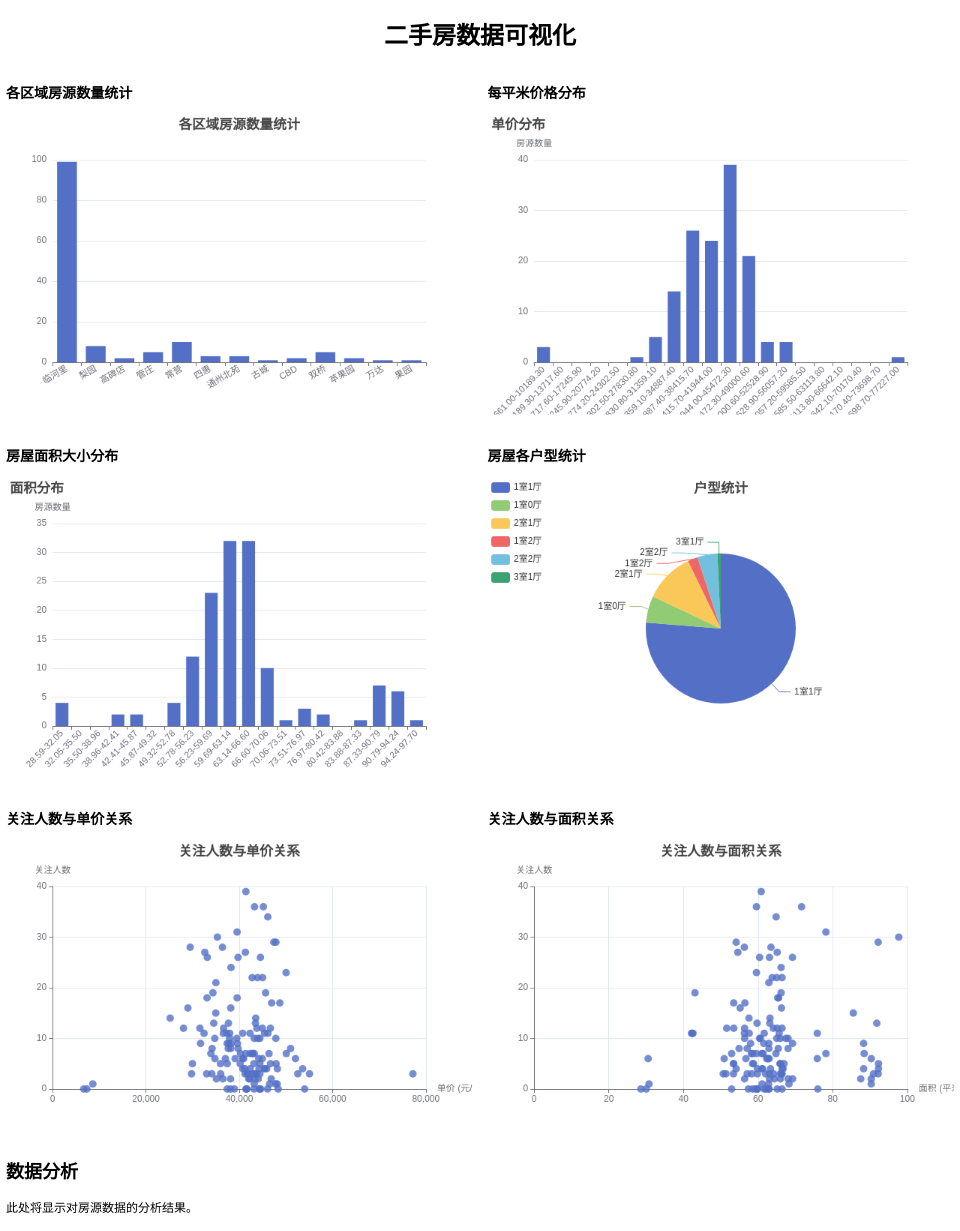
Repository: sakimi-9/DPV-SHP_BeiJing
Page: / (app in py_crawler/rendering/)
The author's editor kept a copy of each file at every save. The page is drawn from the files as they stood at one save, then again after the next save.
The browser window is 1280 px wide. The pictures show the whole page, at 75% of full size.
The project was rebuilt for these pictures with package versions that can differ from the ones it lists, and the page was loaded fresh each time. Also part of the build but not shown: py_crawler/rendering/vite.config.ts.

Above is the page before, as saved 2025-05-22 16:02:17.

### py_crawler/rendering/index.html
<!DOCTYPE html>
<html lang="en">

<head>
    <meta charset="UTF-8">
    <link rel="icon" href="/favicon.ico">
    <meta name="viewport" content="width=device-width, initial-scale=1.0">
    <title>二手房数据可视化</title>
</head>

<body>
    <div id="app"></div>
    <script type="module" src="/src/main.ts"></script>
</body>

</html>

### py_crawler/rendering/src/components/TwoDCharts.vue
<template>
    <div class="charts-2d-container">

        <!-- 各区域房源数量统计 和 单价分布直方图 -->
        <div class="chart-row">
            <div class="chart-item">
                <h3>各区域房源数量统计</h3>
                <div ref="areaChartContainer" style="width: 100%; height: 400px;"></div>
            </div>
            <div class="chart-item">
                <h3>每平米价格分布</h3>
                <div ref="priceHistContainer" style="width: 100%; height: 400px;"></div>
            </div>
        </div>

        <!-- 面积分布直方图 和 户型统计 -->
        <div class="chart-row">
            <div class="chart-item">
                <h3>房屋面积大小分布</h3>
                <div ref="areaHistContainer" style="width: 100%; height: 400px;"></div>
            </div>
            <div class="chart-item">
                <h3>房屋各户型统计</h3>
                <div ref="unitTypeChartContainer" style="width: 100%; height: 400px;"></div>
            </div>
        </div>

        <!-- 关注人数与单价散点图 和 关注人数与面积散点图 -->
        <div class="chart-row">
            <div class="chart-item">
                <h3>关注人数与单价关系</h3>
                <div ref="followPriceScatterContainer" style="width: 100%; height: 400px;"></div>
            </div>
            <div class="chart-item">
                <h3>关注人数与面积关系</h3>
                <div ref="followAreaScatterContainer" style="width: 100%; height: 400px;"></div>
            </div>
        </div>

    </div>
</template>

<script setup lang="ts">
import { ref, onMounted, watch } from 'vue';
import * as echarts from 'echarts/core';
// Import the necessary components and charts
import { BarChart, PieChart, ScatterChart } from 'echarts/charts';
import { GridComponent, TooltipComponent, LegendComponent, TitleComponent } from 'echarts/components';
import { CanvasRenderer } from 'echarts/renderers';

echarts.use([
    BarChart,
    PieChart,
    ScatterChart,
    GridComponent,
    TooltipComponent,
    LegendComponent,
    TitleComponent,
    CanvasRenderer,
]);

// 定义解析后的房源数据接口
interface ParsedHouse {
    房源标题: string;
    室: number | null;
    厅: number | null;
    面积: number | null; // 平米
    朝向: string | null;
    装修: string | null;
    楼层信息: string | null; // 例如 "中楼层"
    总楼层: number | null;
    建筑年份: number | null; // 例如 2012
    建筑类型: string | null; // 例如 "板塔结合"
    小区名称: string | null;
    所在区域: string | null; // 例如 "临河里"
    单价: number | null; // 元/平
    关注人数: number | null;
    发布时间: string | null; // 例如 "2个月以前发布"
    标签: string[];
}

// 定义接收的 props
const props = defineProps<{ houseData: ParsedHouse[] | null }>();

// 定义图表容器的引用
const areaChartContainer = ref<HTMLElement | null>(null);
const priceHistContainer = ref<HTMLElement | null>(null);
const areaHistContainer = ref<HTMLElement | null>(null);
const unitTypeChartContainer = ref<HTMLElement | null>(null);
const followPriceScatterContainer = ref<HTMLElement | null>(null);
const followAreaScatterContainer = ref<HTMLElement | null>(null);

// 绘制各区域房源数量统计图
function renderAreaChart(chartElement: HTMLElement, data: ParsedHouse[]) {
    const areaCounts: { [key: string]: number } = {};
    data.forEach((item: ParsedHouse) => {
        if (item.所在区域) {
            areaCounts[item.所在区域] = (areaCounts[item.所在区域] || 0) + 1;
        }
    });

    const areas = Object.keys(areaCounts);
    const counts = Object.values(areaCounts);

    const myChart = echarts.init(chartElement);
    const option = {
        title: {
            text: '各区域房源数量统计',
            left: 'center'
        },
        tooltip: {},
        xAxis: {
            type: 'category',
            data: areas,
            axisLabel: { // 旋转 x 轴标签，避免重叠
                interval: 0,
                rotate: 30,
                overflow: 'breakAll',
                ellipsis: '...'
            }
        },
        yAxis: {
            type: 'value'
        },
        series: [
            {
                name: '房源数量',
                type: 'bar',
                data: counts
            }
        ]
    };
    myChart.setOption(option);
}

// Function to draw the unit price distribution histogram
const drawUnitPriceDistributionChart = (chartElement: HTMLElement, parsedData: ParsedHouse[]) => {
    const prices = parsedData
        .map(house => house.单价)
        .filter((price): price is number => price !== null && !isNaN(price)); // Filter out null/NaN values

    if (prices.length === 0) {
        console.warn("No valid price data to draw histogram.");
        echarts.dispose(chartElement);
        chartElement.innerHTML = '<p>暂无单价分布数据</p>';
        return;
    }

    const numBins = 20;
    const minPrice = Math.min(...prices);
    const maxPrice = Math.max(...prices);
    const binRange = (maxPrice - minPrice) / numBins;

    const bins: { interval: [number, number], count: number }[] = [];
    for (let i = 0; i < numBins; i++) {
        bins.push({ interval: [minPrice + i * binRange, minPrice + (i + 1) * binRange], count: 0 });
    }

    if (maxPrice > bins[numBins - 1].interval[1]) {
        bins[numBins - 1].interval[1] = maxPrice;
    }


    prices.forEach(price => {
        for (let i = 0; i < numBins; i++) {
            if (price >= bins[i].interval[0] && (price < bins[i].interval[1] || (i === numBins - 1 && price <= bins[i].interval[1]))) {
                bins[i].count++;
                break;
            }
        }
    });

    const chart = echarts.init(chartElement);
    const options = {
        title: { text: '单价分布' },
        tooltip: {
            formatter: function (params: any) {
                const bin = bins.find(b => `${b.interval[0].toFixed(2)}-${b.interval[1].toFixed(2)}` === params.name);
                if (bin) {
                    return `单价范围: ${bin.interval[0].toFixed(2)}-${bin.interval[1].toFixed(2)}<br/>房源数量: ${bin.count}`;
                }
                return params.name + '<br/>' + params.seriesName + ': ' + params.value;
            }
        },
        xAxis: {
            type: 'category',
            data: bins.map(bin => `${bin.interval[0].toFixed(2)}-${bin.interval[1].toFixed(2)}`),
            axisLabel: {
                interval: 0,
                rotate: 45,
                overflow: 'breakAll',
                ellipsis: '...'
            }
        },
        yAxis: { type: 'value', name: '房源数量' },
        series: [{
            name: '房源数量',
            data: bins.map(bin => bin.count),
            type: 'bar'
        }]
    };
    chart.setOption(options);
};

// Function to draw the size distribution histogram
const drawSizeDistributionChart = (chartElement: HTMLElement, parsedData: ParsedHouse[]) => {
    const sizes = parsedData
        .map(house => house.面积)
        .filter((size): size is number => size !== null && !isNaN(size)); // Filter out null/NaN values

    if (sizes.length === 0) {
        console.warn("No valid size data to draw histogram.");
        echarts.dispose(chartElement);
        chartElement.innerHTML = '<p>暂无面积分布数据</p>';
        return;
    }

    const numBins = 20;
    const minSize = Math.min(...sizes);
    const maxSize = Math.max(...sizes);
    const binRange = (maxSize - minSize) / numBins;

    const bins: { interval: [number, number], count: number }[] = [];
    for (let i = 0; i < numBins; i++) {
        bins.push({ interval: [minSize + i * binRange, minSize + (i + 1) * binRange], count: 0 });
    }

    if (maxSize > bins[numBins - 1].interval[1]) {
        bins[numBins - 1].interval[1] = maxSize;
    }


    sizes.forEach(size => {
        for (let i = 0; i < numBins; i++) {
            if (size >= bins[i].interval[0] && (size < bins[i].interval[1] || (i === numBins - 1 && size <= bins[i].interval[1]))) {
                bins[i].count++;
                break;
            }
        }
    });


    const chart = echarts.init(chartElement);
    const options = {
        title: { text: '面积分布' },
        tooltip: {
            formatter: function (params: any) {
                const bin = bins.find(b => `${b.interval[0].toFixed(2)}-${b.interval[1].toFixed(2)}` === params.name);
                if (bin) {
                    return `面积范围: ${bin.interval[0].toFixed(2)}-${bin.interval[1].toFixed(2)}<br/>房源数量: ${bin.count}`;
                }
                return params.name + '<br/>' + params.seriesName + ': ' + params.value;
            }
        },
        xAxis: {
            type: 'category',
            data: bins.map(bin => `${bin.interval[0].toFixed(2)}-${bin.interval[1].toFixed(2)}`),
            axisLabel: {
                interval: 0,
                rotate: 45,
                overflow: 'breakAll',
                ellipsis: '...'
            }
        },
        yAxis: { type: 'value', name: '房源数量' },
        series: [{
            name: '房源数量',
            data: bins.map(bin => bin.count),
            type: 'bar'
        }]
    };
    chart.setOption(options);
};

// 绘制户型统计图 (饼图示例)
function renderUnitTypeChart(chartElement: HTMLElement, data: ParsedHouse[]) {
    const unitTypeCounts: { [key: string]: number } = {};
    data.forEach((item: ParsedHouse) => {
        if (item.室 !== null && item.厅 !== null) {
            const unitType = `${item.室}室${item.厅}厅`;
            unitTypeCounts[unitType] = (unitTypeCounts[unitType] || 0) + 1;
        } else if (item.室 !== null) { // 只有室的情况
            const unitType = `${item.室}室`;
            unitTypeCounts[unitType] = (unitTypeCounts[unitType] || 0) + 1;
        } else if (item.厅 !== null) { // 只有厅的情况
            const unitType = `${item.厅}厅`;
            unitTypeCounts[unitType] = (unitTypeCounts[unitType] || 0) + 1;
        }
    });

    const chartData = Object.keys(unitTypeCounts).map(type => ({
        name: type,
        value: unitTypeCounts[type]
    }));

    const myChart = echarts.init(chartElement);
    const option = {
        title: {
            text: '户型统计',
            left: 'center'
        },
        tooltip: {
            trigger: 'item'
        },
        legend: {
            orient: 'vertical',
            left: 'left'
        },
        series: [
            {
                name: '户型',
                type: 'pie',
                radius: '50%',
                data: chartData,
                emphasis: {
                    itemStyle: {
                        shadowBlur: 10,
                        shadowOffsetX: 0,
                        shadowColor: 'rgba(0, 0, 0, 0.5)'
                    }
                }
            }
        ]
    };
    myChart.setOption(option);
}

// 绘制关注人数与单价散点图
function renderFollowPriceScatter(chartElement: HTMLElement, data: ParsedHouse[]) {
    const scatterData = data
        .filter(item => item.关注人数 !== null && item.单价 !== null)
        .map(item => [item.单价, item.关注人数]); // [x: 单价, y: 关注人数]

    const myChart = echarts.init(chartElement);
    const option = {
        title: {
            text: '关注人数与单价关系',
            left: 'center'
        },
        tooltip: {
            trigger: 'axis',
            axisPointer: {
                type: 'shadow'
            },
            formatter: function (params: any) {
                const item = params[0];
                const originalItem = data.find(d => d.单价 === item.value[0] && d.关注人数 === item.value[1]);
                if (originalItem) {
                    return `房源: ${originalItem.房源标题}<br/>单价: ${item.value[0]} 元/平<br/>关注人数: ${item.value[1]} 人`;
                } else {
                    return `单价: ${item.value[0]} 元/平<br/>关注人数: ${item.value[1]} 人`;
                }
            }
        },
        xAxis: {
            type: 'value',
            name: '单价 (元/平)',
            axisLabel: {
                formatter: '{value}'
            }
        },
        yAxis: {
            type: 'value',
            name: '关注人数',
            axisLabel: {
                formatter: '{value}'
            }
        },
        series: [
            {
                name: '房源',
                type: 'scatter',
                data: scatterData
            }
        ]
    };
    myChart.setOption(option);
}

// 绘制关注人数与面积散点图
function renderFollowAreaScatter(chartElement: HTMLElement, data: ParsedHouse[]) {
    const scatterData = data
        .filter(item => item.关注人数 !== null && item.面积 !== null)
        .map(item => [item.面积, item.关注人数]); // [x: 面积, y: 关注人数]

    const myChart = echarts.init(chartElement);
    const option = {
        title: {
            text: '关注人数与面积关系',
            left: 'center'
        },
        tooltip: {
            trigger: 'axis',
            axisPointer: {
                type: 'shadow'
            },
            formatter: function (params: any) {
                const item = params[0];
                const originalItem = data.find(d => d.面积 === item.value[0] && d.关注人数 === item.value[1]);
                if (originalItem) {
                    return `房源: ${originalItem.房源标题}<br/>面积: ${item.value[0]} 平米<br/>关注人数: ${item.value[1]} 人`;
                } else {
                    return `面积: ${item.value[0]} 平米<br/>关注人数: ${item.value[1]} 人`;
                }
            }
        },
        xAxis: {
            type: 'value',
            name: '面积 (平米)',
            axisLabel: {
                formatter: '{value}'
            }
        },
        yAxis: {
            type: 'value',
            name: '关注人数',
            axisLabel: {
                formatter: '{value}'
            }
        },
        series: [
            {
                name: '房源',
                type: 'scatter',
                data: scatterData
            }
        ]
    };
    myChart.setOption(option);
}

// Watch for changes in the houseData prop and redraw charts
watch(() => props.houseData, (newData) => {
    if (newData) {
        // Need to wait for the DOM elements to be available
        if (areaChartContainer.value) renderAreaChart(areaChartContainer.value as HTMLElement, newData);
        if (priceHistContainer.value) drawUnitPriceDistributionChart(priceHistContainer.value as HTMLElement, newData);
        if (areaHistContainer.value) drawSizeDistributionChart(areaHistContainer.value as HTMLElement, newData);
        if (unitTypeChartContainer.value) renderUnitTypeChart(unitTypeChartContainer.value as HTMLElement, newData);
        if (followPriceScatterContainer.value) renderFollowPriceScatter(followPriceScatterContainer.value as HTMLElement, newData);
        if (followAreaScatterContainer.value) renderFollowAreaScatter(followAreaScatterContainer.value as HTMLElement, newData);
    }
}, { immediate: true }); // Use immediate: true to draw charts on initial data load

</script>

<style scoped>
.charts-2d-container {
    display: flex;
    flex-direction: column;
    gap: 20px;
}

.chart-row {
    display: flex;
    gap: 20px;
}

.chart-item {
    flex: 1;
    min-width: 0;
}

.chart-item>div {
    width: 100%;
}
</style>

Loaded but not shown: py_crawler/rendering/src/main.ts (common file); py_crawler/rendering/public/house_data.json (1138 lines, source omitted); py_crawler/rendering/src/App.vue (174 lines, source omitted)

After the next save:
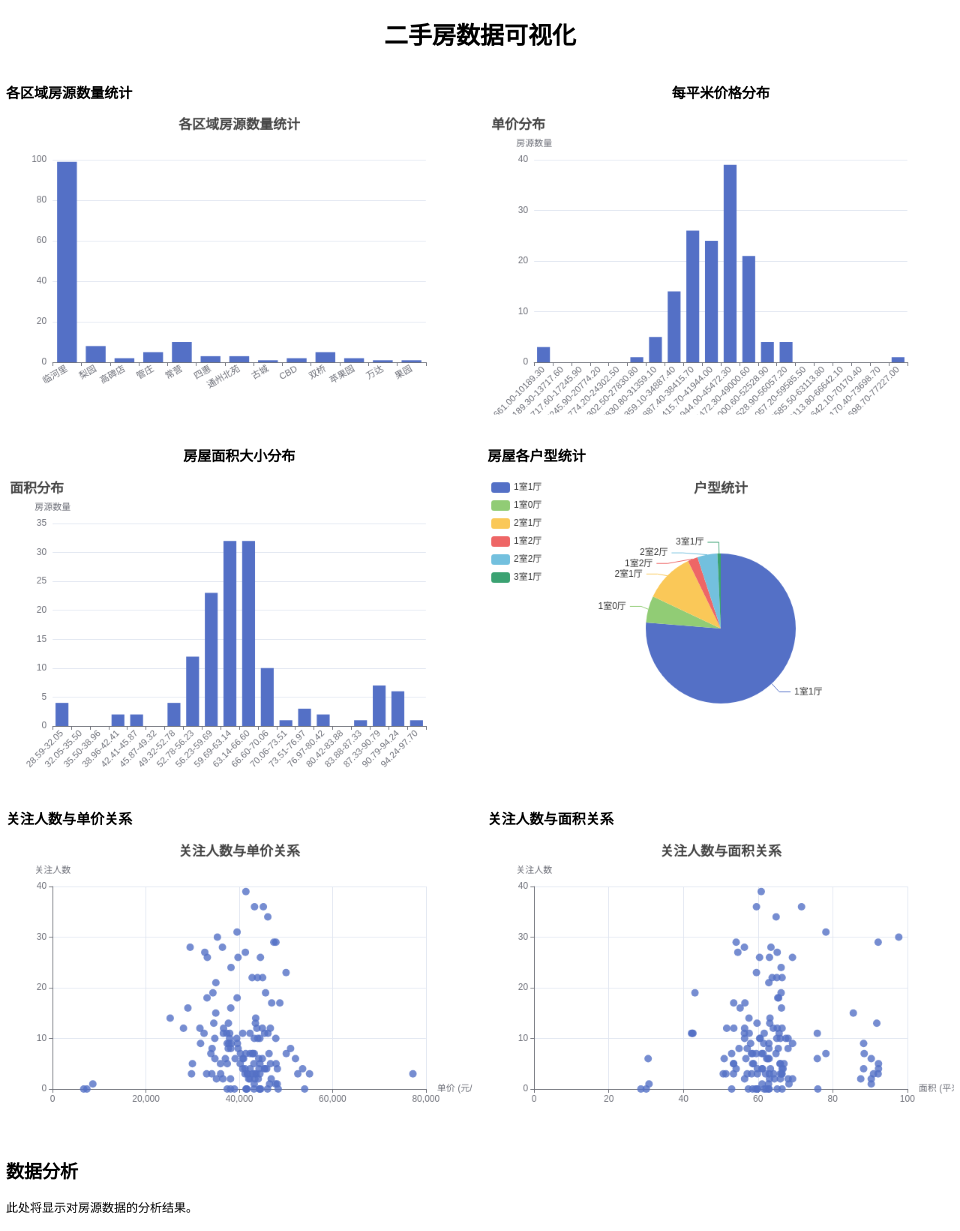
Saved 116 s later.
--- a/py_crawler/rendering/src/components/TwoDCharts.vue
+++ b/py_crawler/rendering/src/components/TwoDCharts.vue
@@ -8,7 +8,7 @@
                 <div ref="areaChartContainer" style="width: 100%; height: 400px;"></div>
             </div>
             <div class="chart-item">
-                <h3>每平米价格分布</h3>
+                <h3 style="text-align: center;">每平米价格分布</h3>
                 <div ref="priceHistContainer" style="width: 100%; height: 400px;"></div>
             </div>
         </div>
@@ -16,7 +16,7 @@
         <!-- 面积分布直方图 和 户型统计 -->
         <div class="chart-row">
             <div class="chart-item">
-                <h3>房屋面积大小分布</h3>
+                <h3 style="text-align: center;">房屋面积大小分布</h3>
                 <div ref="areaHistContainer" style="width: 100%; height: 400px;"></div>
             </div>
             <div class="chart-item">

After the save that followed:
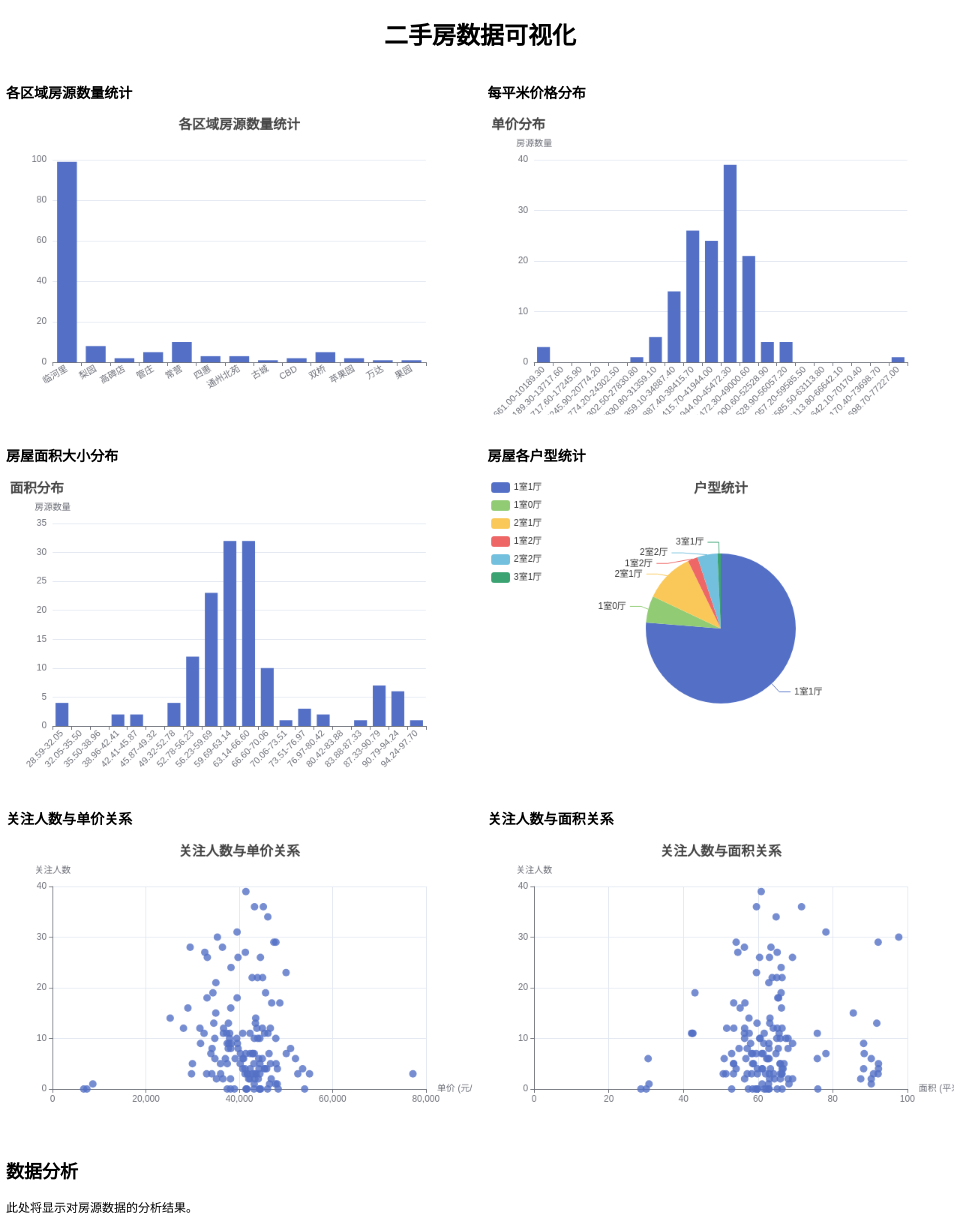
Saved 25 s later.
--- a/py_crawler/rendering/src/components/TwoDCharts.vue
+++ b/py_crawler/rendering/src/components/TwoDCharts.vue
@@ -8,7 +8,7 @@
                 <div ref="areaChartContainer" style="width: 100%; height: 400px;"></div>
             </div>
             <div class="chart-item">
-                <h3 style="text-align: center;">每平米价格分布</h3>
+                <h3>每平米价格分布</h3>
                 <div ref="priceHistContainer" style="width: 100%; height: 400px;"></div>
             </div>
         </div>
@@ -16,7 +16,7 @@
         <!-- 面积分布直方图 和 户型统计 -->
         <div class="chart-row">
             <div class="chart-item">
-                <h3 style="text-align: center;">房屋面积大小分布</h3>
+                <h3>房屋面积大小分布</h3>
                 <div ref="areaHistContainer" style="width: 100%; height: 400px;"></div>
             </div>
             <div class="chart-item">
